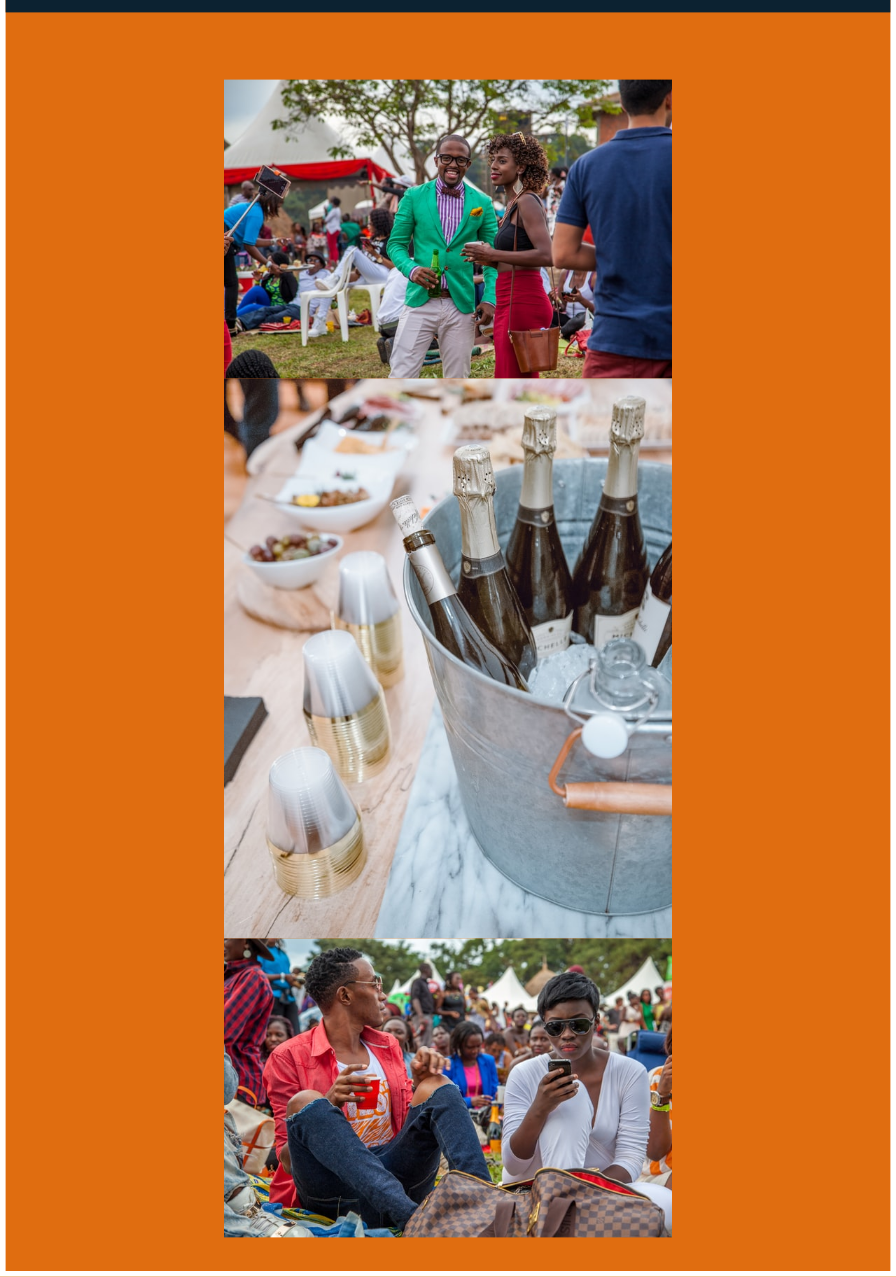
Repository: lastbronx41/lastbronx41.github.io
Page: starting/index.html
An editor plug-in stored every save of this project. The page is shown before and after a run of saves, followed by the edit.
The browser window is 1280 px wide. The pictures show the part of the page from y = 1244 to 3164 px (the page is 3068 px tall before and 3164 px after), at 70% of full size.
Some web fonts or font styles are not loaded; a fallback is used.

Above is the page before, as saved 2022-07-19 05:00:23.

After the next 2 saves:
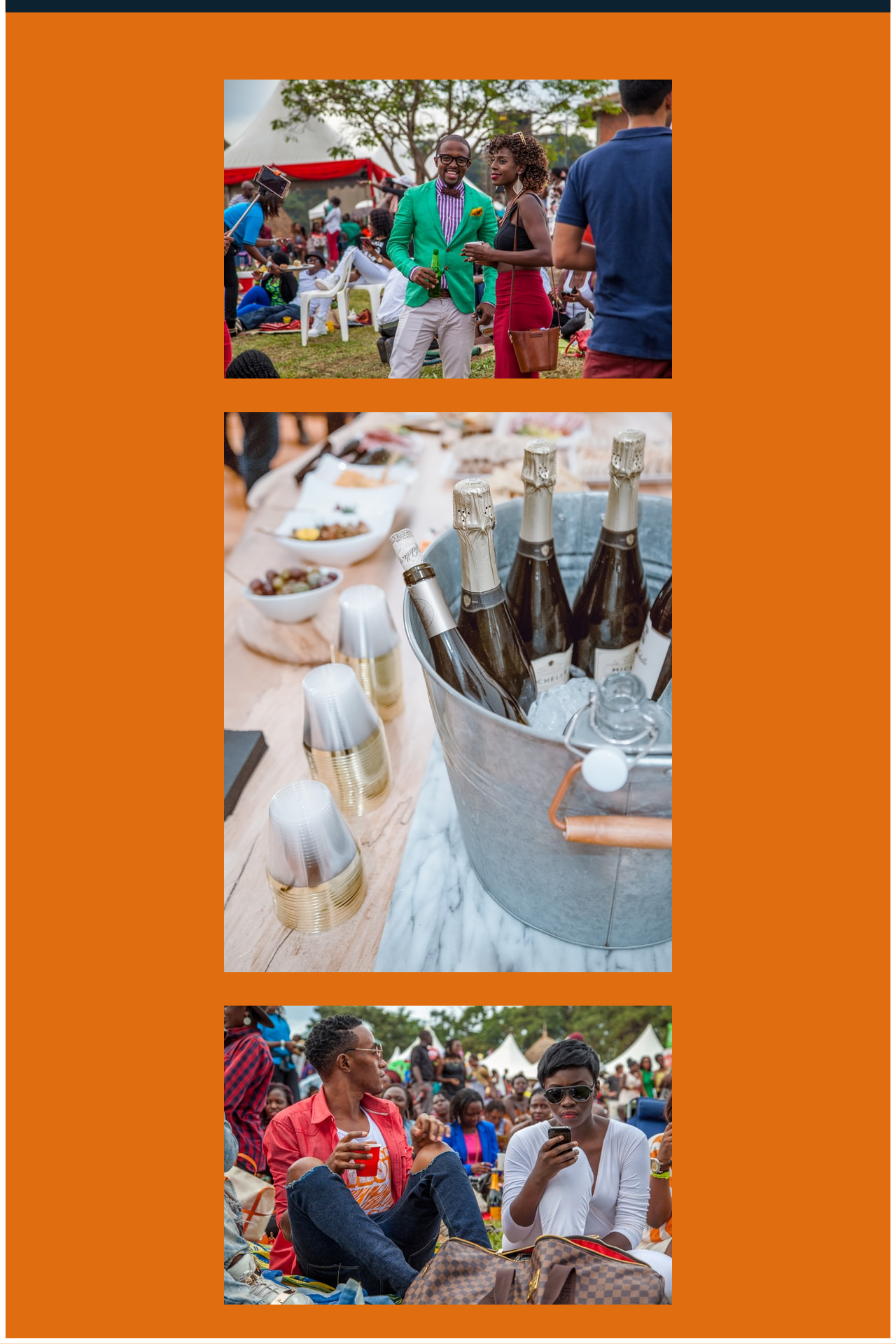
The 2 saves are shown as one change because they came seconds apart.
The last was saved 8 s later.
--- a/starting/styles.css
+++ b/starting/styles.css
@@ -68,5 +68,5 @@
    min-height: 100%;
    margin: 1rem auto;
    padding: 2rem 2rem;
-   gap
+   gap: 3rem;
 }
